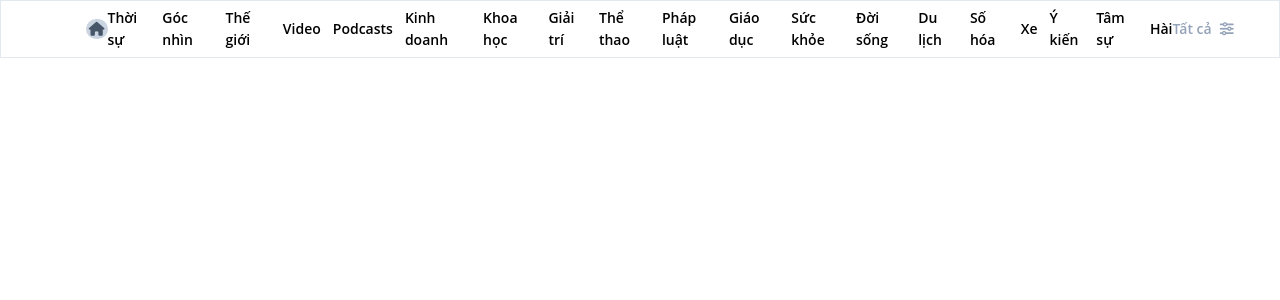
Repository: truongnguyenuit/WebAppDefault
Page: / (app in client/)
The author's editor kept a copy of each file at every save. The page is drawn from the files as they stood at one save, then again after the next save.
The browser window is 1280 px wide. The pictures show the whole page.
Some web libraries are served in a nearby version. The project was rebuilt for these pictures with package versions that can differ from the ones it lists, and the page was loaded fresh each time. Also part of the build but not shown: client/src/pages/HomePage.jsx, client/src/contexts/authContext.js, client/src/router/protectedRouter.js. Imported but missing from the stored project, and not drawn on this page: client/src/pages/LoginPage, client/src/pages/LogoutPage, client/src/pages/RegisterPage, client/src/reducers/authReducer, client/src/untils/setAuthToken.

Above is the page before, as saved 2022-08-04 15:01:14.

### client/public/index.html
<!DOCTYPE html>
<html lang="en">
  <head>

    <meta charset="utf-8" />
    <meta name="viewport" content="width=device-width, initial-scale=1" />
    <meta
      name="description"
      content="Web site created using create-react-app"
    />
    <style>
      *{
        font-family: 'Open Sans', sans-serif;
        margin: 0;
      }
    </style>
    <script src="https://kit.fontawesome.com/cd2089affa.js" crossorigin="anonymous"></script>
    <title>Vnexpress</title>

  </head>
  <body>

    <noscript>You need to enable JavaScript to run this app.</noscript>
    <div id="root"></div>

  </body>
</html>

### client/src/index.js
import React from 'react';
import ReactDOM from 'react-dom/client';
import './index.css';
import App from './App';
import 'antd/dist/antd.min.css'

const root = ReactDOM.createRoot(document.getElementById('root'));
root.render(
  <React.StrictMode>
    <App />
  </React.StrictMode>
);

### client/src/App.js
import { BrowserRouter, Route, Routes } from "react-router-dom";
import { configRouter } from './router/configRouter';
import NavbarComponent from './components/NavbarComponent';
import ProtectedRoute from "./router/protectedRouter";

function App() {


  return (
    <div>
      <BrowserRouter>
        <div className="fixed top-0 left-0 right-0 z-10">
          <NavbarComponent />
        </div>
        <span className=" text-blue-600/100">
          asdasd
        </span>

      </BrowserRouter>
    </div>
  );
}

export default App;

### client/src/router/configRouter.js
import HomePage from "../pages/HomePage";
import LoginPage from "../pages/LoginPage";
import RegisterPage from "../pages/RegisterPage";
import LogoutPage from "../pages/LogoutPage";


import { pathName } from "./pathName";

export const configRouter=[
  {
    path: pathName.home,
    page: <HomePage/>,
    private: true,
  },
  {
    path: pathName.login,
    page: <LoginPage/>,
    private: false,
  },
  {
    path: pathName.register,
    page: <RegisterPage/>,
    private: false,
  },
  {
    path: pathName.logout,
    page: <LogoutPage/>,
    private: true,
  },
]

### client/src/components/NavbarComponent.js
import React from 'react'
import { Link } from "react-router-dom";
import { Row, Col } from "antd"
import { pathName } from '../router/pathName';

const NavigateRouter = [
  {
    path: pathName.home,
    name: "Thời sự",
  },
  {
    path: pathName.myBlog,
    name: "Góc nhìn",
  },
  {
    path: pathName.search,
    name: "Thế giới"
  },
  {
    path: pathName.setting,
    name: "Video",
  },
  {
    path: pathName.createPost,
    name: "Podcasts",
  },
  {
    path: pathName.logout,
    name: "Kinh doanh",
  },
  {
    path: pathName.logout,
    name: "Khoa học",
  },
  {
    path: pathName.logout,
    name: "Giải trí",
  },
  {
    path: pathName.logout,
    name: "Thể thao",
  },
  {
    path: pathName.logout,
    name: "Pháp luật",
  },
  {
    path: pathName.logout,
    name: "Giáo dục",
  },
  {
    path: pathName.logout,
    name: "Sức khỏe",
  },
  {
    path: pathName.logout,
    name: "Đời sống",
  },
  {
    path: pathName.logout,
    name: "Du lịch",
  },
  {
    path: pathName.logout,
    name: "Số hóa",
  },
  {
    path: pathName.logout,
    name: "Xe",
  },
  {
    path: pathName.logout,
    name: "Ý kiến",
  },
  {
    path: pathName.logout,
    name: "Tâm sự",
  },
  {
    path: pathName.logout,
    name: "Hài",
  },

];

const NavbarComponent = () => {
  return (
    <div className="bg-white">
      <Row>

      </Row>
      <Row className='border border-slate-200'>

        <Col span={2}>
          <div className='flex justify-end items-center text-[14px] font-semibold gap-4 h-14'>
            <div className='bg-slate-300 w-[22px] h-[20px] flex justify-center items-center rounded-full hover:bg-red-500'>
              <i class="fa-solid fa-house text-slate-600 hover:text-white"></i>
            </div>
          </div>
        </Col>

        <Col span={20} className="h-14">
          <nav>
            <ul className="flex justify-center items-center text-[14px] font-semibold gap-3 h-14 ">
              {NavigateRouter.map((item, index) => {
                return (
                  <li key={index} className=" ">
                    <Link to={item.path} className="text-black hover:text-red-500 w-full">
                      {item.name}
                    </Link>
                  </li>
                );

              })}
            </ul>
          </nav>
        </Col>

        <Col span={2}>
          <div className='flex justify-start items-center text-[14px] font-semibold gap-2 h-14 text-slate-400 hover:text-red-500'>
            <Link to={''} className='text-slate-400 hover:text-red-500'>
              <p className='m-0 '>Tất cả</p>
            </Link>
            <i class="fa-solid fa-sliders"></i>
          </div>
        </Col>

      </Row>
    </div>
  )
}

export default NavbarComponent

### client/src/router/pathName.js
export const pathName = {

  login: "/login",
  register: "/register",
  logout: "/logout",

  home: "/",
  myBlog: "/myblog",

  search: "/search",
  setting: "/setting",
  createPost: "/write",

}

### client/tailwind.config.js
/** @type {import('tailwindcss').Config} */
module.exports = {
  content: ["./src/**/*.{html,js,jsx,ts}"],
  theme: {
    extend: {},
  },
  plugins: [],
}

Loaded but not shown: client/src/index.css (common file)

After the next save:
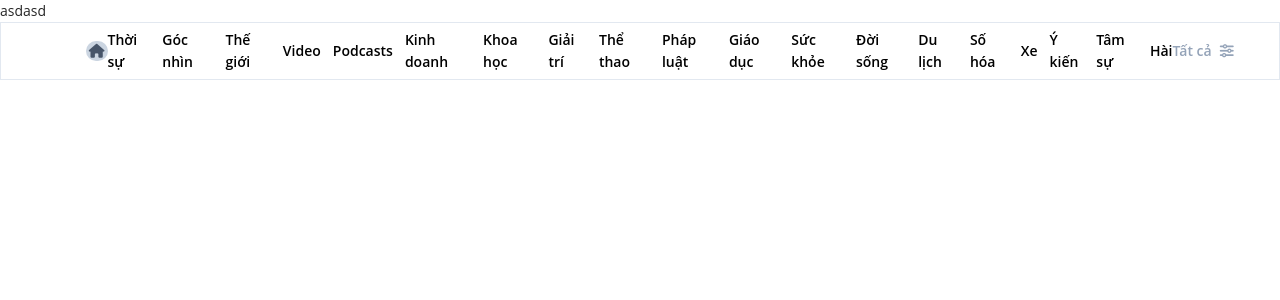
Saved 16 s later.
--- a/client/src/components/NavbarComponent.js
+++ b/client/src/components/NavbarComponent.js
@@ -87,7 +87,9 @@ const NavbarComponent = () => {
   return (
     <div className="bg-white">
       <Row>
-
+        <div>
+          asdasd
+        </div>
       </Row>
       <Row className='border border-slate-200'>
 
